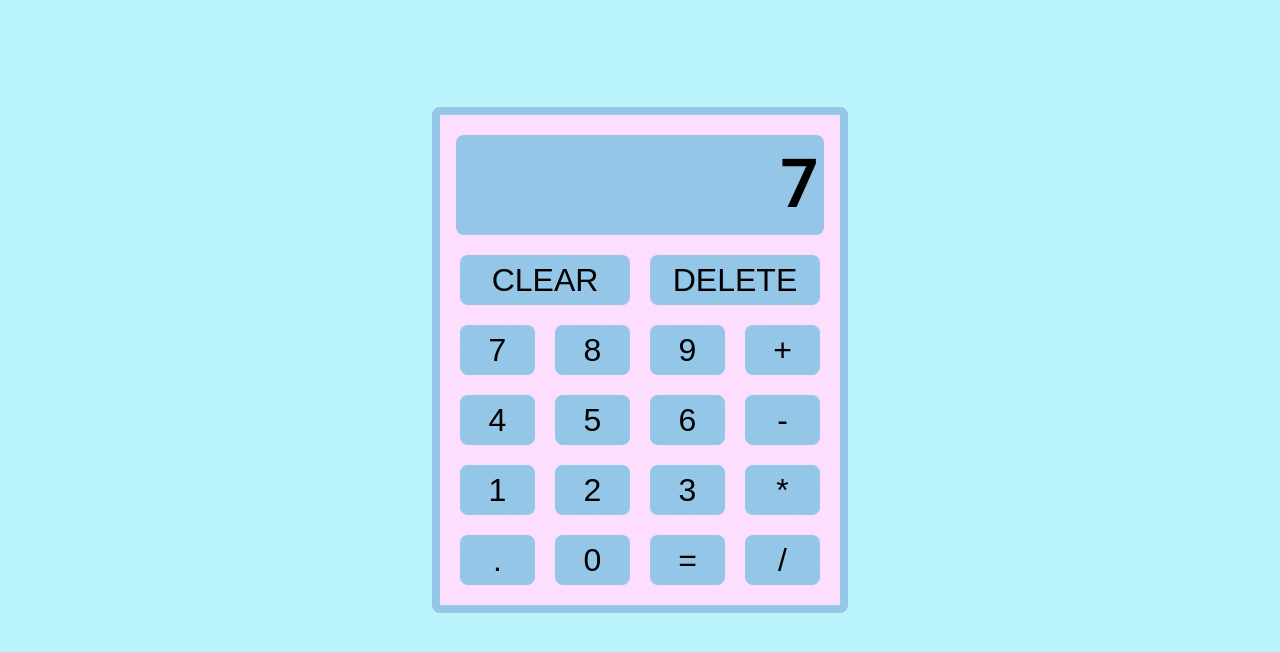
Repository: yeetzpxoci/calculator
Page: index.html
An editor plug-in stored every save of this project. The page is shown before and after the next save, followed by the edit.
The browser window is 1280 px wide. The pictures show the whole page.
After loading, the first visible `button.number-button` was clicked once.

Above is the page before, as saved 2023-02-05 13:25:10.

### index.html
<!doctype html>
<html lang="en">

<head>
    <meta charset="utf-8">
    <title>CALC YA LATER</title>
    <meta name="calculator" content="calculates">
    <link rel="stylesheet" href="style.css">
    <link rel="preconnect" href="https://fonts.googleapis.com">
    <link rel="preconnect" href="https://fonts.gstatic.com" crossorigin>
    <link href="https://fonts.googleapis.com/css2?family=Roboto&display=swap" rel="stylesheet">

</head>

<body>
    <div class="calculator-container">
        <div id="display" class="display">
            1234
        </div>
        <div class="button-container">
            <button class="clear-button">CLEAR</button>
            <button class="delete-button">DELETE</button>
            <button class="number-button">7</button>
            <button class="number-button">8</button>
            <button class="number-button">9</button>
            <button class="operator-button">+</button>
            <button class="number-button">4</button>
            <button class="number-button">5</button>
            <button class="number-button">6</button>
            <button class="operator-button">-</button>
            <button class="number-button">1</button>
            <button class="number-button">2</button>
            <button class="number-button">3</button>
            <button class="operator-button">*</button>
            <button class="floating-point">.</button>
            <button class="number-button">0</button>
            <button class="equal-button">=</button>
            <button class="operator-button">/</button>
        </div>
    </div>
</body>

<script src="script.js"></script>

</html>

### style.css
html, body {
    background-color: #B9F3FC;
    display: flex;
    min-height: 100%;
    justify-content: center;
    align-items: center;
}

.calculator-container {
    background-color: #FEDEFF;
    height: 490px;
    width: 400px;
    border-radius: 8px;
    border-width: 8px;
    border-style: solid;
    border-color: #93C6E7;
    display: flex;
    flex-direction: column;
    flex-wrap: wrap;
    justify-content: flex-start;
    align-items: center;
}

.display {
    background-color: #93C6E7;
    height: 100px;
    width: 360px;
    border-radius: 8px;
    display: flex;
    justify-content: flex-end;
    align-items: center;
    font-size: 64px;
    font-family: Roboto;
    font-weight: 900;
    padding-right: 8px;
    margin-top: 20px;
}

.button-container {
    display: flex;
    flex-wrap: wrap;
    align-items: center;
    justify-content: space-around;
    gap: 20px;
    margin: 20px;
}

.clear-button, .delete-button {
    font-size: 32px;
    height: 50px;
    width: 170px;
    border-style: dashed;
    border-radius: 8px;
    border-color: #93C6E7;
    background-color: #93C6E7;
}

.number-button, .operator-button, .equal-button, .floating-point {
    height: 50px;
    width: 75px;
    font-size: 32px;
    border-style: dashed;
    border-radius: 8px;
    border-color: #93C6E7;
    background-color: #93C6E7;
}

### script.js
function add(a, b) {
    return a + b
}

function subtract(a, b) {
    return a - b
}

function multiply(a, b) {
    return a * b
}

function divide(a, b) {
    return a / b
}

function operate(operator, a, b) {
    switch (operator) {
        case '+': result = add(a, b); break;
        case '-': result = subtract(a, b); break;
        case '*': result = multiply(a, b); break;
        case '/': result = divide(a, b); break;
    }
    return result;
}

function reset() {
    display.innerHTML = ""
    var first_value = 0;
    var second_value = 0;
    var current_operator = "";
}

var first_value = 0;
var second_value = 0;
var current_operator = "";

const display = document.getElementById("display")
display.innerHTML = ""

document.querySelectorAll(".number-button").forEach(function(element) {
    element.addEventListener("click", function () {
        if (display.innerHTML === current_operator) {
            display.innerHTML = "";
            display.innerHTML = display.innerHTML + this.innerHTML;
        } else {
            display.innerHTML = display.innerHTML + this.innerHTML;
        }
    })
})

document.querySelectorAll(".operator-button").forEach(function (element) {
    element.addEventListener("click", function () {
        first_value = parseFloat(display.innerHTML);
        display.innerHTML = "";

        if (current_operator === "") {
            display.innerHTML = display.innerHTML + this.innerHTML;
        } else {
            display.innerHTML = display.innerHTML.slice(0, display.innerHTML.length - 1) + this.innerHTML
        }
        current_operator = this.innerHTML;
    })
})

document.querySelector(".clear-button").addEventListener("click", function () {
    display.innerHTML = ""
    var first_value = 0;
    var second_value = 0;
    var current_operator = "";
;})

document.querySelector(".delete-button").addEventListener("click", function () {
    display.innerHTML = display.innerHTML.slice(0, -1);
})

document.querySelector(".floating-point").addEventListener("click", function () {
    display.innerHTML = display.innerHTML + this.innerHTML;
})

document.querySelector(".equal-button").addEventListener("click", function () {
    if (current_operator !== "") {
        second_value = parseFloat(display.innerHTML);
        if (current_operator === "/" && second_value == 0) {
            alert("Error: division by 0 is undefined.");
        } else {
            display.innerHTML = String(Math.round(operate(current_operator, first_value, second_value) * 100) / 100);
        }
    }
})

After the next save:
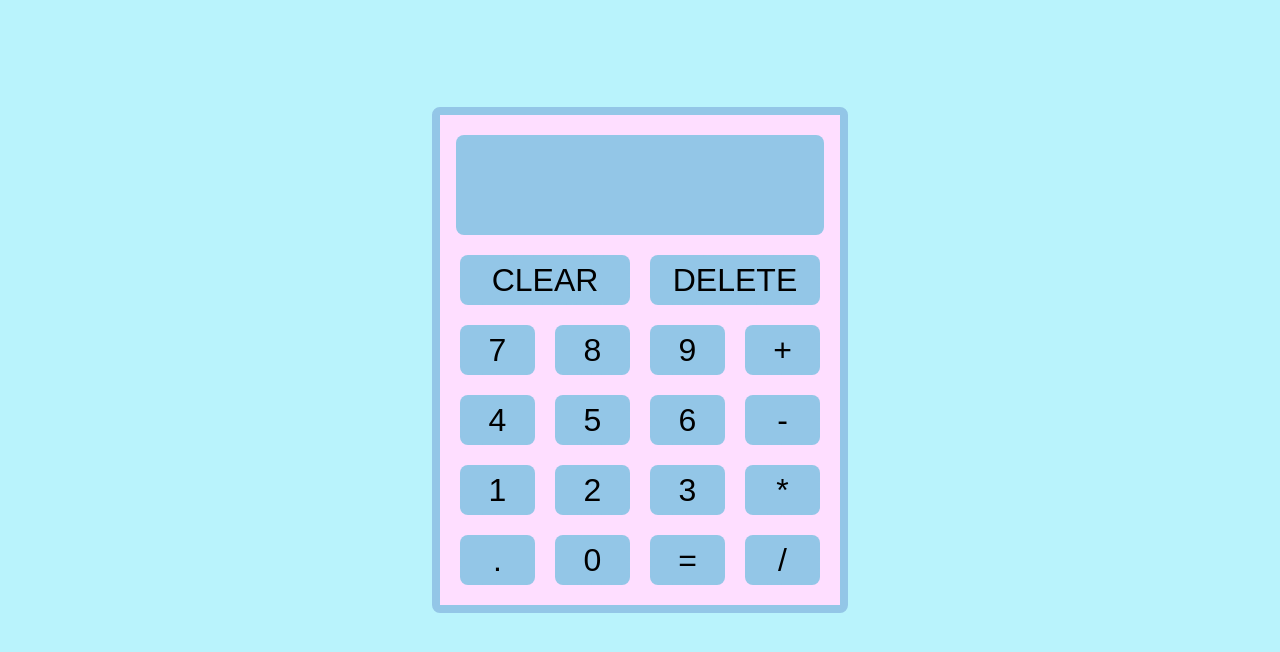
Console error: ReferenceError: current_operator is not defined
Saved 45 s later.
--- a/script.js
+++ b/script.js
@@ -24,6 +24,8 @@ function operate(operator, a, b) {
     return result;
 }
 
+const display = document.getElementById("display")
+
 function reset() {
     display.innerHTML = ""
     var first_value = 0;
@@ -31,12 +33,8 @@ function reset() {
     var current_operator = "";
 }
 
-var first_value = 0;
-var second_value = 0;
-var current_operator = "";
+reset();
 
-const display = document.getElementById("display")
-display.innerHTML = ""
 
 document.querySelectorAll(".number-button").forEach(function(element) {
     element.addEventListener("click", function () {
@@ -83,6 +81,7 @@ document.querySelector(".equal-button").addEventListener("click", function () {
         second_value = parseFloat(display.innerHTML);
         if (current_operator === "/" && second_value == 0) {
             alert("Error: division by 0 is undefined.");
+            reset();
         } else {
             display.innerHTML = String(Math.round(operate(current_operator, first_value, second_value) * 100) / 100);
         }
